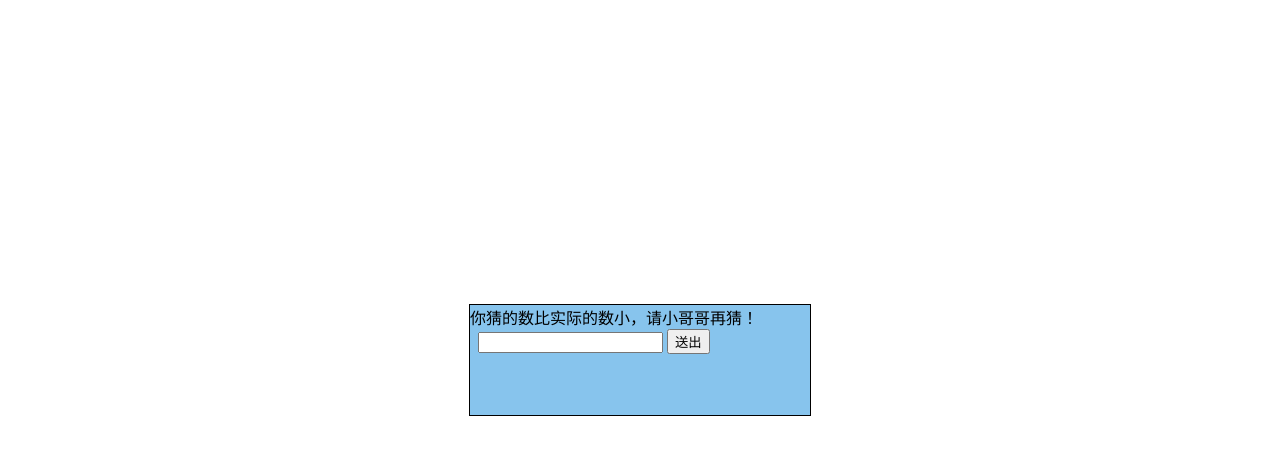
Repository: guirui-li/StudyJavaWeb
Page: http://localhost/JavawebTest/experiment04/small.jsp
An editor plug-in stored every save of this project. The page is shown before and after the next save, followed by the edit.
The browser window is 1280 px wide. The pictures show the whole page.
The page is served by Tomcat 9. Other server files are loaded and not shown.

Above is the page before, as saved 2019-05-03 07:04:41.

### JavawebTest/WebContent/experiment04/small.jsp
<%@ page language="java" contentType="text/html; charset=UTF-8"
    pageEncoding="UTF-8"%>
<!DOCTYPE html>
<html>
<head>
<meta charset="UTF-8">
<title>to small</title>
	<style type="text/css">
		#div{
			border:1px solid black;
			width:340px;
			height:110px;
			background-color:#87c4ed;
			position:absolute;
			top:50%;
			left:50%;
			transform:translate(-50%,-50%);
		}
	</style>
</head>
<body>
	<div id="div">
		你猜的数比实际的数小，请小哥哥再猜！
		<form action="result.jsp" method="post" name="form1">
			<label>&nbsp;
				<input type="text" name="boy">
			</label>
			<input type="submit" value="送出" name="submit">
		</form>
	</div>
</body>
</html>

After the next save:
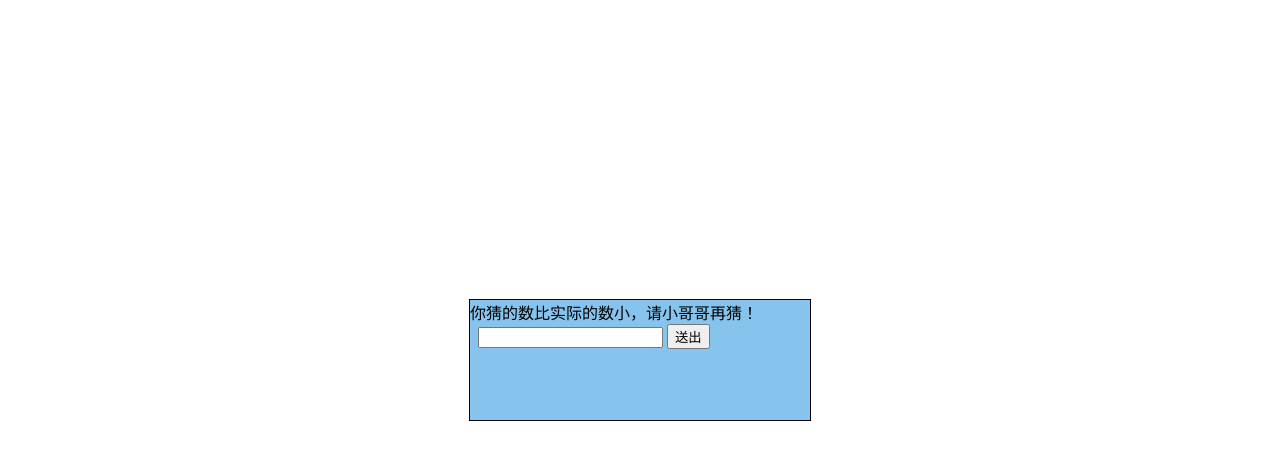
Saved 24 s later.
--- a/JavawebTest/WebContent/experiment04/small.jsp
+++ b/JavawebTest/WebContent/experiment04/small.jsp
@@ -9,7 +9,7 @@
 		#div{
 			border:1px solid black;
 			width:340px;
-			height:110px;
+			height:120px;
 			background-color:#87c4ed;
 			position:absolute;
 			top:50%;
